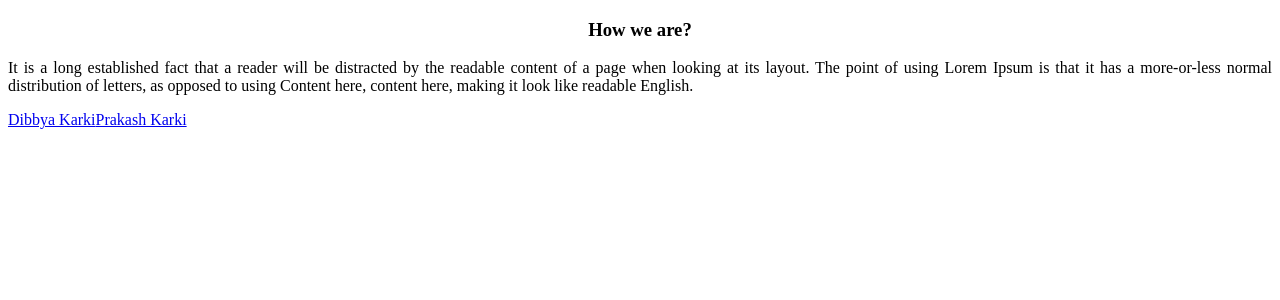
Repository: Dibbya65/Django-Basic
Page: http://localhost/about/
The author's editor kept a copy of each file at every save. The page is drawn from the files as they stood at one save, then again after the next save.
The browser window is 1280 px wide. The pictures show the whole page.
The page is served by the project's application, run on Django 3.2 (manage.py).

Above is the page before, as saved 2021-11-14 03:06:53.

After the next save:
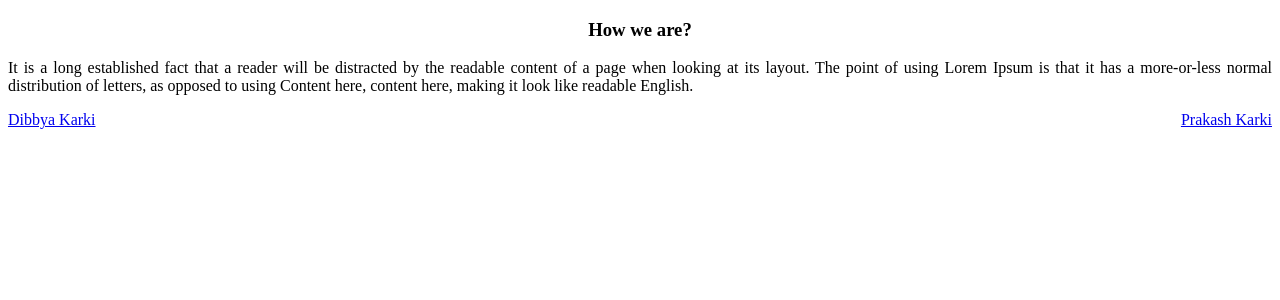
Saved 12 s later.
--- a/base/templates/base/about.html
+++ b/base/templates/base/about.html
@@ -6,7 +6,7 @@
 <h3 style="text-align:center">{{about_page_title}}</h3>
 <p style="text-align:justify">{{about_page_description}}</p>
 {%if teams %}
-<div style="display:flex">
+<div style="display:flex;justify-content:space-between;">
 {%for team in teams %}
     <a href="{% url 'about-detail' team.id %}">{{ team.name}}</a>
 {%endfor%}
